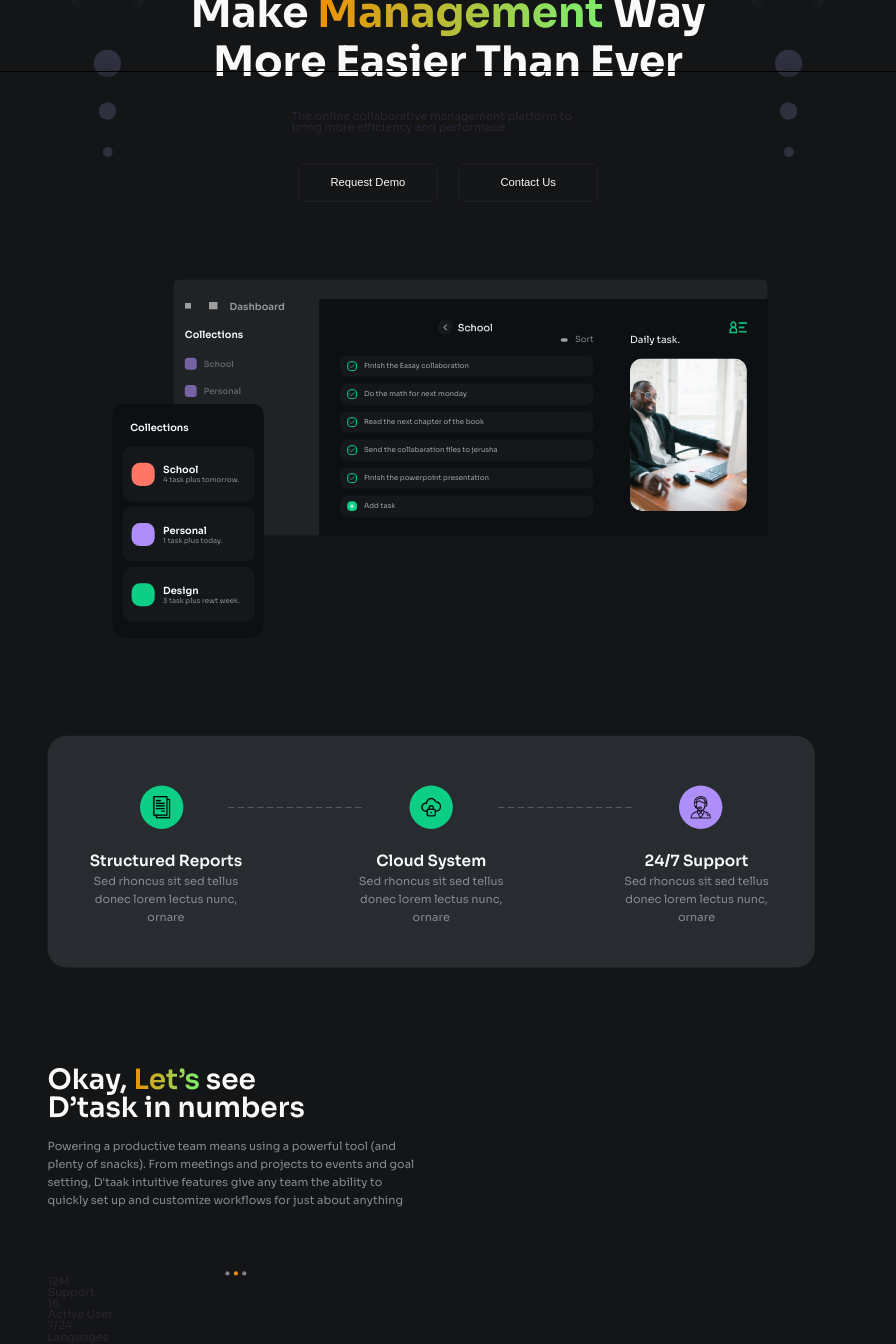
Repository: anhthiethumg/Task_Managerment_Website
Page: index.html
These files come from the project's save history. The page is drawn as it stood at one moment and after a run of saves; the edit follows.
The browser window is 1280 px wide. The pictures show the part of the page from y = 263 to 2183 px (the page is 2183 px tall before and 2119 px after), at 70% of full size.
Pictures or frames that could not be fetched are drawn as grey boxes. A picture or video elsewhere on the page could not be fetched, so the positions and the page height are approximate.

Above is the page before, as saved 2023-07-29 00:40:06.

### index.html
<!DOCTYPE html>
<html lang="en">
  <head>
    <meta charset="UTF-8" />
    <meta name="viewport" content="width=device-width, initial-scale=1.0" />
    <title>Task Managerment Website</title>
    <!-- Reset Css -->
    <link rel="stylesheet" href="./assets/css/reset.css" />

    <!-- CSS -->
    <link rel="stylesheet" href="./assets/css/styles.css" />

    <!-- Embed Font-->

    <link rel="preconnect" href="https://fonts.googleapis.com" />
    <link rel="preconnect" href="https://fonts.gstatic.com" crossorigin />
    <link
      href="https://fonts.googleapis.com/css2?family=Sora:wght@400;600;700;800&display=swap"
      rel="stylesheet"
    />
  </head>
  <body>
    <!-- Header -->
    <section class="header">
      <div class="container">
        <navbar class="row nav">
          <img src="./assets/image/logo.svg" alt="Task." />
          <div class="nav-list">
            <a class="nav-item" href="#!">Home</a>
            <a class="nav-item" href="#!">Products</a>
            <a class="nav-item" href="#!">Guidlines</a>
            <a class="nav-item" href="#!">Guidlines</a>
          </div>
          <button class="btn nav-btn">Sign In</button>
        </navbar>
        <section class="hero">
          <div class="row hero__content">
            <div class="stacked-circles">
              <div class="circles"></div>
              <div class="circles"></div>
              <div class="circles"></div>
              <div class="circles"></div>
            </div>
            <div class="hero--content__heading">
              <h1 class="hero__heading">
                Make <span class="heading__liner">Management</span> Way More
                Easier Than Ever
              </h1>
              <p class="hero__desc section-desc">
                The online collaborative management platform to bring more
                efficiency and performace
              </p>
              <div class="hero-btn row">
                <button type="button" class="btn hero__btn">
                  Request Demo
                </button>
                <button type="button" class="btn hero__btn">Contact Us</button>
              </div>
            </div>
            <div class="stacked-circles">
              <div class="circles"></div>
              <div class="circles"></div>
              <div class="circles"></div>
              <div class="circles"></div>
            </div>
          </div>
          <section class="task-manager row">
            <sidebar class="sidebar">
              <div class="row sidebar__header">
                <img
                  src="./assets/icons/icon-sidebar.svg"
                  alt="icon-sidebar"
                  class="icon__sidebar"
                />
                <img
                  src="./assets/icons/dashboard-icon.svg"
                  alt="dashboard-icon"
                  class="dashboard-icon"
                />
                <h4 class="sidebar__heading">Dashboard</h4>
              </div>
              <div class="sidebar__list">
                <h4 class="sidebar__list--heading">Collections</h4>
                <div class="sidebar__list--item">
                  <h5 class="sidebar__item--content">School</h5>
                </div>
                <div class="sidebar__list--item">
                  <h5 class="sidebar__item--content">Personal</h5>
                </div>
              </div>
            </sidebar>
            <section class="task-manager__section">
              <div class="task__header row">
                <img src="./assets/icons/school.png" alt="Back" class="back" />
                <img
                  src="./assets/icons/contact us icon.png"
                  alt="Contact"
                  class="contact-us"
                />
              </div>
              <div class="task__content row">
                <div class="list--work">
                  <div class="list-sort">Sort</div>
                  <div class="work--item">Finish the Easay collaboration</div>
                  <div class="work--item">Do the math for next monday</div>
                  <div class="work--item">
                    Read the next chapter of the book
                  </div>
                  <div class="work--item">
                    Send the collabaration files to jerusha
                  </div>
                  <div class="work--item">
                    Finish the powerpoint presentation
                  </div>
                  <div class="work--item">Add task</div>
                </div>
                <div class="daily-task">
                  <div class="dailytask__heading">Daily task.</div>
                  <img
                    class="dailytask__img"
                    src="./assets/image/Rectangle 50.png"
                    alt="Daily task"
                  />
                </div>
              </div>
              <div class="card">
                <div class="card__heading">Collections</div>
                <div class="card__list">
                  <div class="card__item">
                    <div class="card__item--icon"></div>
                    <div class="card__item--content">
                      <h4 class="card__item--title">School</h4>
                      <p class="card__item--desc">4 task plus tomorrow.</p>
                    </div>
                  </div>
                  <div class="card__item">
                    <div class="card__item--icon"></div>
                    <div class="card__item--content">
                      <h4 class="card__item--title">Personal</h4>
                      <p class="card__item--desc">1 task plus today.</p>
                    </div>
                  </div>
                  <div class="card__item">
                    <div class="card__item--icon"></div>
                    <div class="card__item--content">
                      <h4 class="card__item--title">Design</h4>
                      <p class="card__item--desc">3 task plus rewt week.</p>
                    </div>
                  </div>
                </div>
              </div>
            </section>
          </section>
        </section>
      </div>
    </section>

    <!-- Main -->
    <main class="main">
      <div class="container">
        <!-- Services -->
        <section class="services">
          <div class="services__icon--list">
            <div class="services__icon--bg">
              <img
                src="./assets/icons/report.png"
                alt="Report"
                class="services__icon"
              />
            </div>
            <img src="./assets/icons/dash line-1.svg" alt="dash-line" />
            <div class="services__icon--bg">
              <img
                src="./assets/icons/server.png"
                alt="Server"
                class="services__icon"
              />
            </div>

            <img src="./assets/icons/dash line-1.svg" alt="dash-line" />
            <div class="services__icon--bg">
              <img
                src="./assets/icons/support.png"
                alt="Support"
                class="services__icon"
              />
            </div>
          </div>
          <div class="services__list row">
            <div class="services__items">
              <h3 class="services__heading">Structured Reports</h3>
              <p class="services__desc">
                Sed rhoncus sit sed tellus donec lorem lectus nunc, ornare
              </p>
            </div>
            <div class="services__items">
              <h3 class="services__heading">Cloud System</h3>
              <p class="services__desc">
                Sed rhoncus sit sed tellus donec lorem lectus nunc, ornare
              </p>
            </div>
            <div class="services__items">
              <h3 class="services__heading">24/7 Support</h3>
              <p class="services__desc">
                Sed rhoncus sit sed tellus donec lorem lectus nunc, ornare
              </p>
            </div>
          </div>
        </section>

        <!-- Static -->

        <section class="static row">
          <section class="static__content">
            <h2 class="static__heading section__heading">
              Okay, <span class="heading__liner">Let’s</span> see D’task in numbers
            </h2>
            <p class="static__desc section__desc">
              Powering a productive team means using a powerful tool (and plenty of snacks). From meetings and projects to events and goal setting, D'taak intuitive features give any team the ability to quickly set up and customize workflows for just about anything
            </p>
            <div class="static__dot row">
              <div class="dot"></div>
              <div class="dot"></div>
              <div class="dot"></div>
            </div>
            <div class="static__list">
              <div class="static__item">
                <div class="static--item__number">
                  12M
                </div>
                <div class="static--item__title">
                  Support
                </div>
              </div>
              <div class="static__item">
                <div class="static--item__number">
                  16
                </div>
                <div class="static--item__title">
                  Active User
                </div>
              </div>
              <div class="static__item">
                <div class="static--item__number">
                  7/24
                </div>
                <div class="static--item__title">
                  Languages
                </div>
              </div>
            </div>
          </section>
        </section>
      </div>
    </main>
  </body>
</html>

### assets/css/styles.css
* {
  box-sizing: border-box;
}

html {
  font-size: 62.5%;
}

:root {
  color: var(--text-color-gray-2, #282c30);
  color: var(--text-color-white, #f9f9f9);
  color: var(
    --primary-color-leniar-color,
    linear-gradient(90deg, #eb9204 1.67%, #83e868 89.99%)
  );
  color: var(--primary-color-background, #131517);
  color: var(--text-color-dark-blue, #272633);
}
body {
  font-size: 1.6rem;
  font-family: "Sora", sans-serif;
  background: var(--primary-color-background, #131517);
}

/* Common */

a {
  text-decoration: none;
}

.container {
  width: 1144px;
  margin: 0 auto;
}

.row {
  display: flex;
}

.btn {
  width: 110px;
  height: 40px;
  border-radius: 8px;
  border: 1px solid var(--text-color-dark-blue, #272633);
  background: #131517;
  text-align: center;
}

.section__desc {
  color: var(--text-color-gray-1, #858b93);
  text-align: center;
  font-size: 1.6rem;
  font-weight: 400;
  line-height: 1.625;
}

.section__heading {
  color: var(--text-color-white, #f9f9f9);
  font-size: 4rem;
  font-weight: 600;
}
/* Header */

.header {
  margin-top: 40px;
  margin-bottom: 140px;
  padding-top: 10px;
}

/* Navbar */

.nav {
  justify-content: space-between;
  align-items: center;
  height: 40px;
  margin-bottom: 157px;
}

.nav-item {
  margin-right: 36px;
  color: var(--text-color-gray-1, #858b93);
  font-size: 1.6rem;
  font-weight: 400;
  line-height: 1.5;
}

.nav-item:hover {
  color: var(--text-color-white, #f9f9f9);
  text-decoration: underline;
}

.nav-btn {
  background: var(
    --primary-color-leniar-color,
    linear-gradient(90deg, #eb9204 1.67%, #83e868 89.99%)
  );
  background-clip: text;
  -webkit-background-clip: text;
  -webkit-text-fill-color: transparent;
  font-size: 1.6rem;
  font-weight: 400;
  line-height: 1.5;
}

/* hero-content */
.hero__content {
  padding: 0 25px;
  justify-content: space-between;
}
.hero__heading {
  margin: 0 auto 34px;
  width: 783px;
  color: var(--text-color-white, #f9f9f9);
  text-align: center;
  font-size: 6rem;
  font-weight: 700;
  line-height: 1.17;
}

.heading__liner {
  background: var(
    --primary-color-leniar-color,
    linear-gradient(90deg, #eb9204 1.67%, #83e868 89.99%)
  );
  background-clip: text;
  -webkit-background-clip: text;
  -webkit-text-fill-color: transparent;
}

.hero__desc {
  width: 447px;
  margin: 0 auto 44px;
}

.hero-btn {
  justify-content: center;
  gap: 30px;
}

.hero__btn {
  margin-bottom: 111px;
  width: 199px;
  height: 54px;
  color: var(--text-color-white, #f9f9f9);
  font-size: 1.6rem;
  font-weight: 400;
  line-height: 1.625;
}

.hero__btn:hover {
  background: var(
    --primary-color-leniar-color,
    linear-gradient(90deg, #eb9204 1.67%, #83e868 89.99%)
  );
}

/* hero circle */

.stacked-circles {
  display: flex;
  flex-direction: column;
  align-items: center;
  margin-top: -75px;
}

.circles {
  fill: linear-gradient(180deg, #111118 4.96%, rgba(43, 43, 61, 0) 100%);
  box-shadow: 0px 39px 31px 0px #313141 inset;
  border-radius: 50%;
}
.circles:first-child {
  width: 121px;
  height: 121px;
  margin-bottom: 41px;
}

.circles:nth-child(2) {
  width: 39px;
  height: 39px;
  margin-bottom: 36px;
}

.circles:nth-child(3) {
  width: 25px;
  height: 25px;
  margin-bottom: 39px;
}

.circles:last-child {
  width: 14px;
  height: 14px;
  flex-shrink: 0;
}

/* task manager */

.task-manager {
  width: 848px;
  height: 366px;
  border-radius: 8px 8px 0px 0px;
  background: #1f2326;
  margin-left: 180px;
}

.sidebar {
  padding: 18px 0 0 16px;
}

.sidebar__header {
  width: 192px;
  height: 39px;
  align-items: center;
}

.icon__sidebar {
  width: 9px;
  height: 9px;
  margin-right: 25px;
}

.dashboard-icon {
  width: 13px;
  height: 11px;
  margin-right: 17px;
}

.sidebar__heading {
  color: #98989c;
  font-size: 1.4rem;
  font-weight: 600;
}

.sidebar__list--heading {
  margin: 15px 0 15px;
  color: var(--text-color-white, #f9f9f9);
  font-size: 1.4rem;
  font-weight: 600;
}

.sidebar__list--item {
  width: 192px;
  height: 39px;
  display: flex;
  align-items: center;
}

.sidebar__list--item:hover {
  background: #2b2d2f;
}
.sidebar__item--content {
  color: var(--text-color-gray-1, #858b93);
  font-size: 1.2rem;
  font-weight: 600;
  opacity: 0.6000000238418579;
  display: flex;
  align-items: center;
}

.sidebar__item--content::before {
  display: inline-block;
  content: " ";
  width: 17px;
  height: 17px;
  border-radius: 5px;
  background: #ae8ff9;
  margin-right: 10px;
}

.task-manager__section {
  position: relative;
  margin-top: 28px;
  margin-right: 15px;
  background: #0d1012;
  width: 100%;
  padding: 30px;
}

.task__header {
  margin-left: 140px;
  justify-content: space-between;
}

.list--work {
  width: 362px;
  margin-right: 52px;
}

.list-sort {
  color: #838386;
  font-size: 1.2rem;
  font-weight: 400;
  text-align: right;
  height: 30px;
}

.list-sort::before {
  display: inline-block;
  content: " ";
  width: 10px;
  height: 5px;
  border-radius: 5px;
  margin-right: 10px;
  background-image: url(../icons/sort.svg);
  margin-left: 10px;
}
.work--item {
  display: flex;
  align-items: center;
  margin-bottom: 10px;
  width: 100%;
  height: 30px;
  border-radius: 10px;
  background: #14181b;
  color: #9ea1a7;
  font-size: 1rem;
  font-weight: 300;
}

.work--item:before {
  display: inline-block;
  content: " ";
  width: 14px;
  height: 14px;
  border-radius: 5px;
  margin-right: 10px;
  background-image: url(../icons/check.svg);
  margin-left: 10px;
}

.work--item:last-child:before {
  background-image: url(../icons/add.svg);
}

.dailytask__heading {
  color: var(--text-color-white, #f9f9f9);
  font-size: 1.4rem;
  font-weight: 400;
  margin-bottom: 20px;
}

.dailytask__img {
  width: 167px;
  height: 218px;
  flex-shrink: 0;
  border-radius: 17px;
  background: rgba(13, 16, 18, 0.24);
}

.card {
  position: absolute;
  width: 216px;
  height: 335px;
  border-radius: 15px 15px 22px 22px;
  background: #0d1012;
  padding: 26px 15px;
  left: -295px;
  top: 150px;
}

.card__heading {
  color: #f9f9f9;
  font-size: 1.4rem;
  font-weight: 600;
  margin-left: 10px;
  margin-bottom: 21px;
}

.card__item {
  display: flex;
  align-items: center;
  width: 188px;
  height: 78px;
  border-radius: 13px;
  background: #14181b;
  margin-bottom: 8px;
}
.card__item--icon {
  width: 33px;
  height: 33px;
  border-radius: 12px;
  margin: 12px;
}

.card__item:first-child .card__item--icon {
  background: var(--primary-color-dark-orange, #ff7667);
}

.card__item:nth-child(2) .card__item--icon {
  background: var(--primary-color-blue, #ae8ff9);
}

.card__item:last-child .card__item--icon {
  background: var(--primary-color-green, #0cce84);
}

.card__item--title {
  color: #fff;
  font-size: 1.4rem;
  font-weight: 600;
  margin-bottom: 3px;
}

.card__item--desc {
  color: var(--text-color-gray-1, #858b93);
  font-size: 1rem;
  font-weight: 400;
}

/* services */

.services {
  padding: 41px 50px 53px 50px;
  margin-top: 286px;
  margin-bottom: 140px;
  width: 1096px;
  height: 331px;
  border-radius: 27px;
  background: var(--text-color-gray-2, #282c30);
}

.services__icon--list {
  display: flex;
  align-items: center;
  justify-content: space-around;
  margin: 30px 50px;
}

.services__icon--bg {
  background: var(--primary-color-green, #0cce84);
  width: 62px;
  height: 62px;
  border-radius: 50%;
  display: flex;
  align-items: center;
  justify-content: center;
}

.services__icon--bg:nth-child(2) {
  background: var(--primary-color-dark-yellow, #ef8f00);
}

.services__icon--bg:last-child {
  background: var(--primary-color-blue, #ae8ff9);
}
.services__icon {
  width: 32px;
  height: 32px;
}

.services__list {
  justify-content: space-between;
}

.services__items {
  width: 238px;
  text-align: center;
}

.services__heading {
  color: var(--text-color-white, #f9f9f9);
  font-size: 2.2rem;
  font-weight: 600;
  line-height: 1.45;
}

.services__desc {
  color: #858b93;
  font-size: 1.6rem;
  font-weight: 400;
  line-height: 1.625;
}

/* Static */
.static__content{
  width: 537px;
}
.static__heading {
  width: 368px;
  margin-bottom: 22px;
}

.static__desc {
  width: 537px;
  height: 106px;
  text-align: left;
  margin-bottom: 86px;
}

.static__dot {
  gap: 6px;
  justify-content:center;
}
.dot {
  width: 6px;
  height: 6px;
  border-radius: 50%;
  background: #838386;
}

.dot:nth-child(2){
  background:#EF8F00;
}

Loaded but not shown: assets/css/reset.css (common file)

After the next 2 saves:
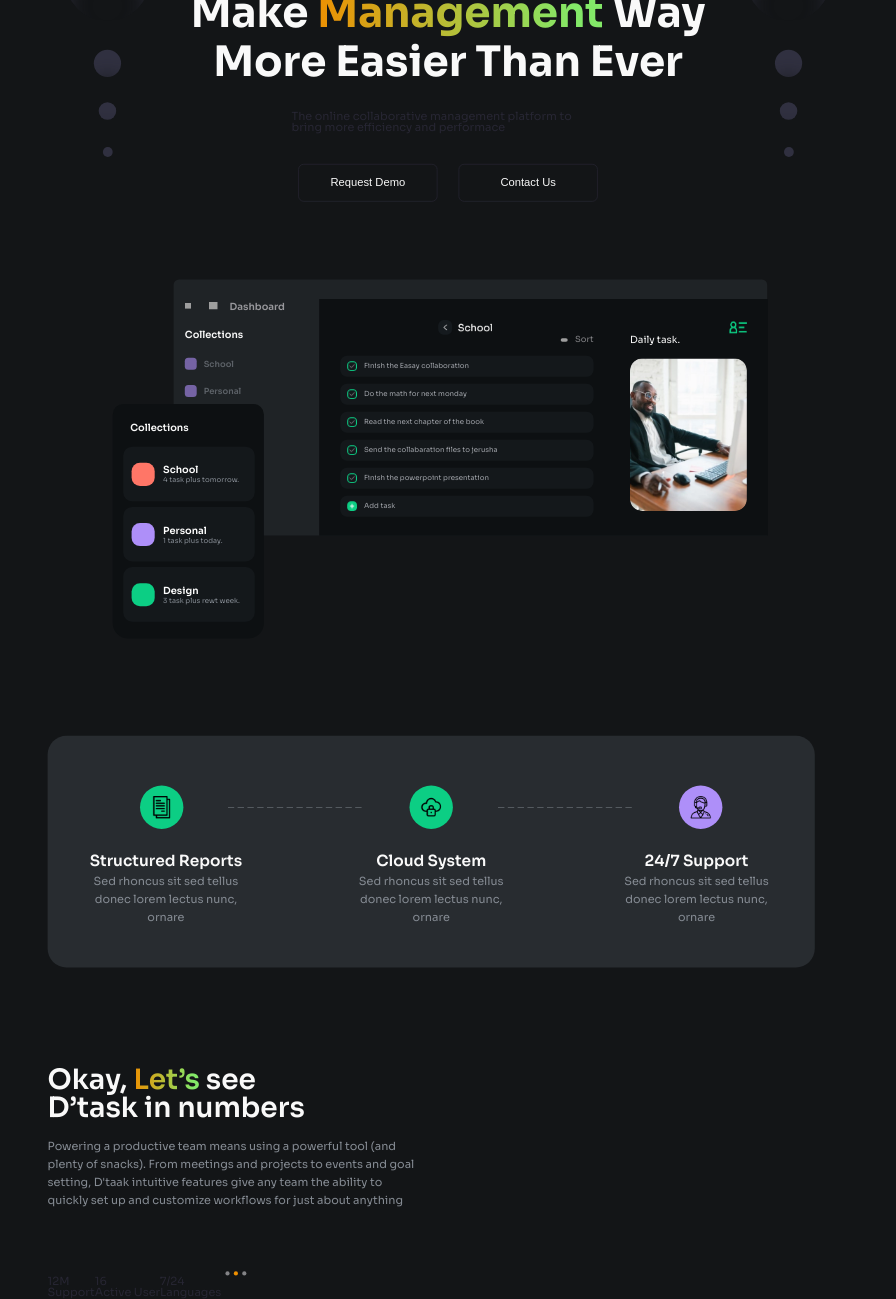
The 2 saves are shown as one change because they came seconds apart.
The last was saved 25 s later.
--- a/index.html
+++ b/index.html
@@ -223,7 +223,7 @@
               <div class="dot"></div>
               <div class="dot"></div>
             </div>
-            <div class="static__list">
+            <div class="static__list row">
               <div class="static__item">
                 <div class="static--item__number">
                   12M
